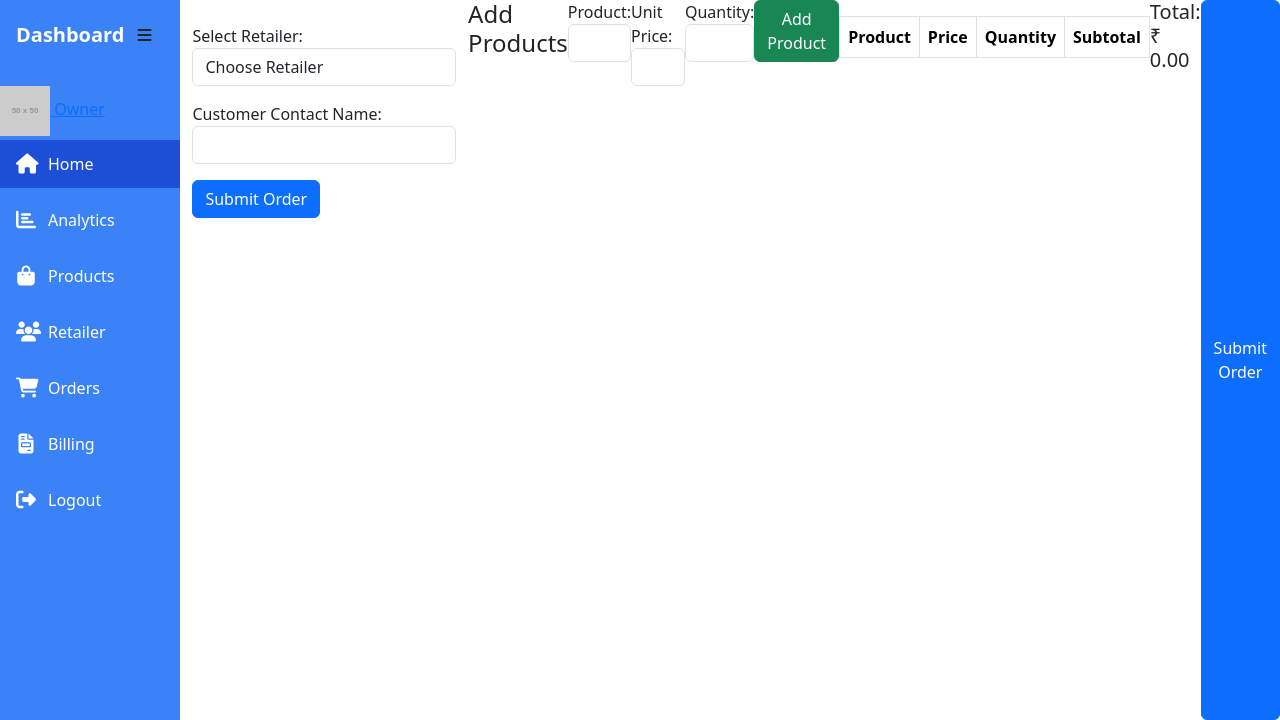
Repository: AditiAjitSalvi/Inventory_Managment
Page: http://localhost/Paper_inventory/NewFile.jsp
An editor plug-in stored every save of this project. The page is shown before and after the next save, followed by the edit.
The browser window is 1280 px wide. The pictures show the whole page.
The page is served by Tomcat 9. Queries for data that is not in the repository find no rows.

Above is the page before, as saved 2025-06-02 13:06:28.

After the next save:
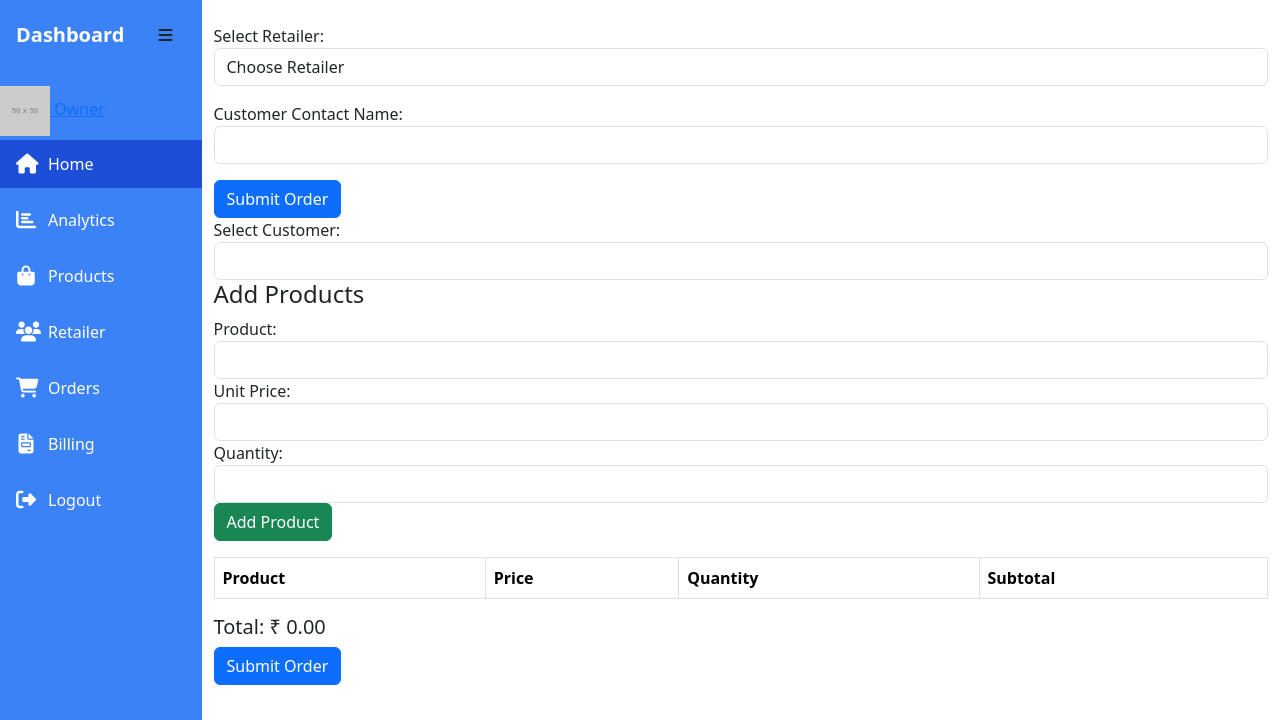
Saved 52 s later.
--- a/Paper_inventory/Paper_inventory/src/main/webapp/NewFile.jsp
+++ b/Paper_inventory/Paper_inventory/src/main/webapp/NewFile.jsp
@@ -309,9 +309,7 @@ body {
 
 		<form action="SaveOrderServlet" method="post" class="container mt-4">
 			<!-- Retailer Dropdown -->
-
-    <!-- Retailer Dropdown -->
-    <div class="form-group mb-3">
+			<div class="form-group mb-3">
         <label for="retailer">Select Retailer:</label>
         <select class="form-control" id="retailer" name="retailerId" required onchange="setCustomerFromRetailer()">
             <option value="" disabled selected>Choose Retailer</option>
@@ -344,7 +342,29 @@ body {
     </div>
 
     <button type="submit" class="btn btn-primary">Submit Order</button>
-</form>
+			<!-- Customer Name -->
+			<div class="form-group">
+				<label for="customer">Select Customer:</label> <select
+					class="form-control" id="customer" name="customerId" required>
+					<%
+					try {
+						Class.forName("com.mysql.jdbc.Driver");
+						Connection con = DriverManager.getConnection("jdbc:mysql://localhost:3307/inventory", "root", "");
+						Statement stmt = con.createStatement();
+						ResultSet rs = stmt.executeQuery("SELECT id ,contact_name as name FROM retailers where name=");
+						while (rs.next()) {
+					%>
+					<option value="<%=rs.getInt("id")%>"><%=rs.getString("name")%></option>
+					<%
+					}
+					con.close();
+					} catch (Exception e) {
+					out.println("Error loading customers.");
+					}
+					%>
+				</select>
+			</div>
+
 			<!-- Product Section -->
 			<h4>Add Products</h4>
 
